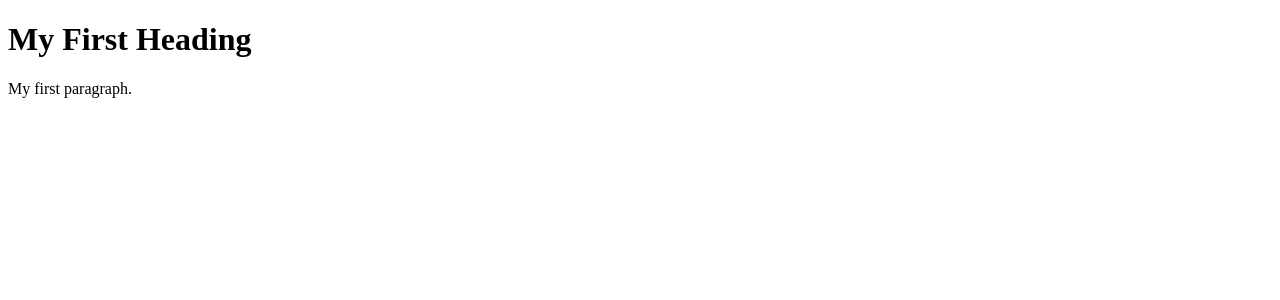
Repository: brody-toth/brody-toth.github.io
Page: index.html
The author's editor kept a record of every edit. The page is drawn from the files as they stood at one moment, then again after the next edit.
The browser window is 1280 px wide. The pictures show the whole page.

Above is the page before.

After the next edit:
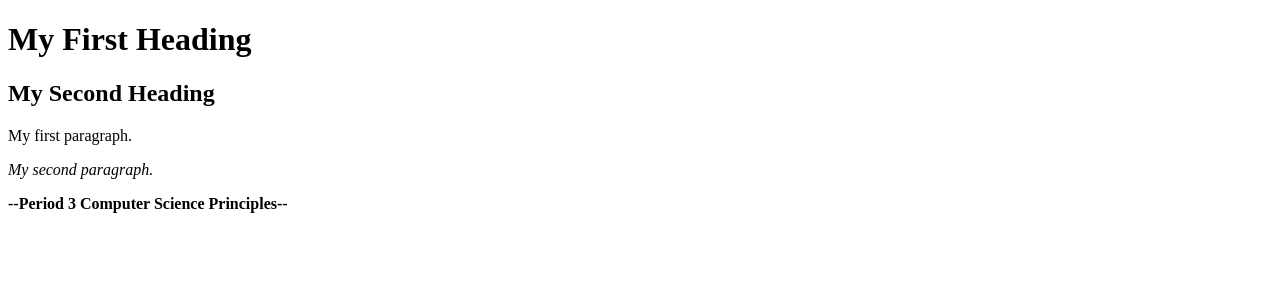
The edit:
--- a/index.html
+++ b/index.html
@@ -8,6 +8,10 @@
 
     <body>
         <h1>My First Heading</h1>
+        <h2>My Second Heading</h2>
         <p>My first paragraph.</p>
+        <p><i>My second paragraph.</i></p>
+        <p><b>--Period 3 Computer Science Principles--</b></p>
     </body>
+
 </html>
